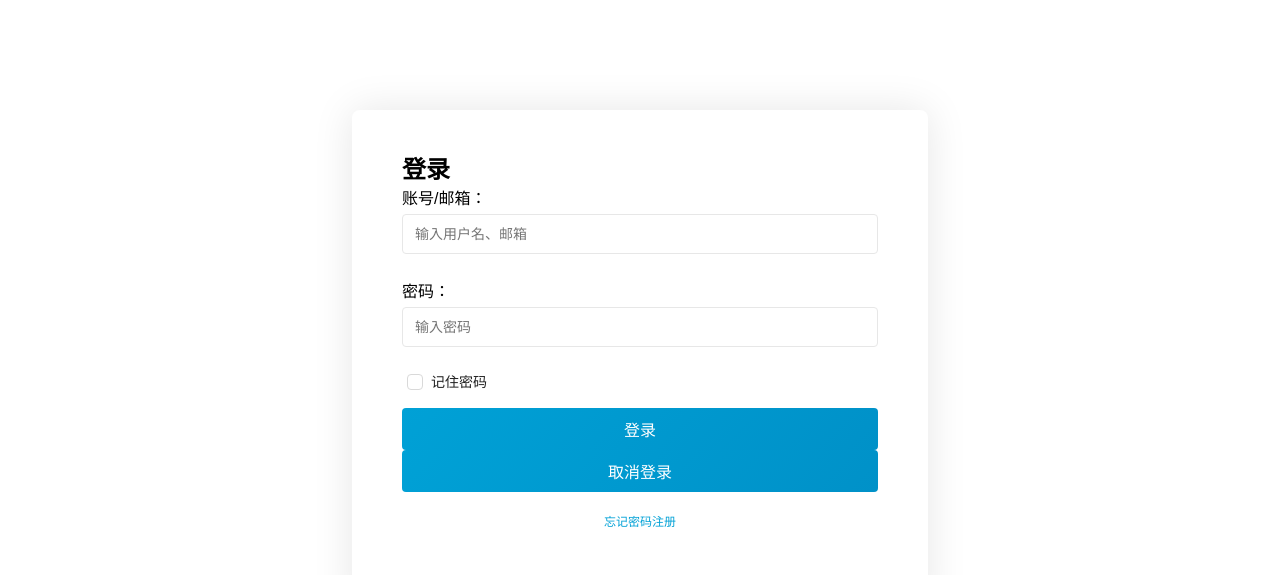
Repository: karicat996/-
Page: /login
These files come from the project's save history. The page is drawn as it stood at one moment and after the next save; the edit follows.
The browser window is 1280 px wide. The pictures show the whole page.
The project was rebuilt for these pictures with package versions that can differ from the ones it lists, and the page was loaded fresh each time. Also part of the build but not shown: vite.config.ts, src/index.css, src/pages/Calendar/CalendarPage.tsx, src/pages/Home/HomePage.tsx, src/pages/Plan/Plans.tsx, src/layouts/Layouts.tsx, src/pages/TestDemo/index.tsx, src/pages/404.tsx.

Above is the page before, as saved 2025-03-12 22:20:13.

### src/main.tsx
import { StrictMode } from 'react'
import { createRoot } from 'react-dom/client'
import './index.css'
import MainRouter from './routes/MainRouter'

createRoot(document.getElementById('root')!).render(

  <StrictMode>
    <MainRouter/>
  </StrictMode>,

)

### src/routes/MainRouter.tsx
// 主要路由文件
import { BrowserRouter, Route, Routes,Link} from "react-router-dom";
import { Home } from "../pages/Home/HomePage";
import { Layouts }  from "../layouts/Layouts";
import  TestDemo  from "../pages/TestDemo";
import { NotFound } from "../pages/404";
import LoginPage from './../pages/User/Login';


const MainRouter: React.FC = () => {
  return (
    <BrowserRouter>
    <Routes>
        <Route path="/" element={<Layouts />} />
        <Route path="/index" element={<Home />} />
        <Route path="*" element={<NotFound />} />
        <Route path="/test" element={<TestDemo />} />
        <Route path="/login" element={<LoginPage />} />
    </Routes>
    </BrowserRouter>
  )
}


export default MainRouter

### src/pages/User/Login.tsx
import react from 'react';
import {useState,useEffect} from 'react';
import  './Login.less';
import { AppstoreOutlined } from '@ant-design/icons';
import { Checkbox } from 'antd';
import type { CheckboxProps } from 'antd';



interface LoginPageProps {
    account: string,
    email: string,
    password: string
}




const LoginPage: React.FC<LoginPageProps> = () => {

    const [account, setAccount] = useState<string>();
    const [email, setEmail] = useState<string>();
    const [password,setPassword] = useState<string>();
    const [remember,setRemember] = useState<boolean>();
    const [error,setError] = useState<string>();
    const [loading,setLoading] = useState<boolean>();
    const [success,setSuccess] = useState<boolean>();
    const [errorMessage,setErrorMessage] = useState<string>();




    useEffect(()=>{

    },[]);


    //账号邮箱表单校验


    //登录请求
    const handleSumbit = async (event:React.MouseEvent<HTMLButtonElement>) =>{
        //登录请求
        try{
            const response = await fetch('/api/login',{
                method:'POST',
                headers:{
                    'Content-Type':'application/json'
                },
                body:JSON.stringify({
                    account,
                    password,
                    remember
                })


            });
            const data = await response.json();
            if (data.success)  {
                alert('登录成功');
                // 处理登录成功后的逻辑，如跳转页面
            } else {
                alert('登录失败: ' + data.message);
            };
        }catch(e){

        }finally{
            setLoading(false);
        }
    };
    //取消登录
    const handleCancel =(event:React.MouseEvent<HTMLButtonElement>) =>{

        console.log(event);
    };




    //忘记密码
    const handleForgetPassword =() =>{

        try{
            //忘记密码请求


        }catch(e){



        }finally{

        }

    };


    //注册
    const handleRegister =()=>{

    };

//记住密码
    const onChange: CheckboxProps['onChange'] = (e) => {
        console.log(`checked = ${e.target.checked}`);
      };



    return (
        <>
        <div className="Login-Container">
            <h2 className="text-login">登录</h2>
            <div className="inputGroup">
                <label>账号/邮箱：</label>
                 <input
                 type="text"
                 value={account}
                 onChange={(e)=>{setAccount(e.target.value)}}
                 placeholder="输入用户名、邮箱" />
            </div>
            <div className="inputGroup">
                <label>密码：</label>
                <input type="text"
                value={password}
                onChange={(e)=>{setPassword(e.target.value)}}
                placeholder="输入密码" />
            </div>
            <div className="radioGroup">
            <Checkbox onChange={onChange}>记住密码</Checkbox>
            </div>
            <div className="buttonGroup">
            <button onClick={handleSumbit}>登录</button>
            <button onClick={handleCancel} value="rememberInput">取消登录</button>
            </div>
            <div className='linkGroup'>
                <a href="#" onClick={handleForgetPassword}>忘记密码</a>
                <a href="#" onClick={handleRegister}>注册</a>
            </div>


        </div>
    </>
    )
}



export default LoginPage;

### src/pages/Home/HomePage.less
*{
    box-sizing: border-box;
    margin:0;
    padding:0;
}

body{
    font-family: Arail, sans-serif;
}

.container {
    width: 100%;
    height: 135vh;
    overflow: hidden;

}

.header-container{
    width: 100%;
    height: 7%;
    margin-bottom: 1%;
    flex-wrap: wrap;
    background-color: #5ece5e;
    color: rgba(255, 255, 255, 0.514);
    padding: 10px 0;
}

.core-container{
    display: flex;
    width: 100%;
    height: 60%;

}


.left-container{
    float: left;
    background-color: white;
    border: 1px solid rgba(128, 128, 128, 0.5);
    border-radius: 10px 10px 10px 10px;
    width: 22%;
    height: 100%;

}

.middle-container{
    display: flex;
    flex-direction: column;
    background-color: white;
    border-radius: 10px 10px 10px 10px;
    border: 1px solid rgba(128, 128, 128, 0.5);
    width: 52%;
    height: 100%;
    margin-left: 2%;
    margin-right: 2%;

}

.middle-on-container {
    flex: 0 0 32%; /* 占据可用空间 */
    background-color: #4625253b;
    border-radius: 10px 10px 0 0;
    width: 100%;
    margin-bottom: 10px;
    margin-bottom: 10px; /* 下方间距 */
    flex-shrink: 1;

}

.middle-under-container {
    display: flex;
    flex-direction: column;
    flex: 1; /* 占据可用空间 */
    width: 100%;
    flex-basis: 250px;
    background-color: white;
    margin-top: 5px;
    margin-bottom: 10px;
    overflow: hidden;
    flex-shrink: 1;
}

.right-container {
    float: right;
    background-color: white;
    border-radius: 10px 10px 10px 10px;
    border: 1px solid rgba(104, 94, 94, 0.5);
    width: 22%;
    height: 100%;

}

.footer-container{
    width: 100%;
    height: 5%;
    flex-wrap: wrap;
    background-color: #767a76;
    color: rgba(255, 255, 255, 0.514);
    padding: 10px 0;
}

### src/layouts/TopNav/TopNav.tsx
import React, {useState} from  "react";
import { AppstoreOutlined, MailOutlined, SettingOutlined } from '@ant-design/icons';
import type { MenuProps } from 'antd';
import { Menu } from 'antd';


type MenuItem = Required<MenuProps>['items'][number];


const items: MenuItem[] = [
    {
      label: 'Navigation One',
      key: 'mail',
      icon: <MailOutlined />,
    },
    {
      label: 'Navigation Two',
      key: 'app',
      icon: <AppstoreOutlined />,
      disabled: true,
    },
    {
      label: 'Navigation Three - Submenu',
      key: 'SubMenu',
      icon: <SettingOutlined />,
      children: [
        {
          type: 'group',
          label: 'Item 1',
          children: [
            { label: 'Option 1', key: 'setting:1' },
            { label: 'Option 2', key: 'setting:2' },
          ],
        },
        {
          type: 'group',
          label: 'Item 2',
          children: [
            { label: 'Option 3', key: 'setting:3' },
            { label: 'Option 4', key: 'setting:4' },
          ],
        },
      ],
    },
    {
      key: 'alipay',
      label: (
        <a href="https://ant.design" target="_blank" rel="noopener noreferrer">
          Navigation Four - Link
        </a>
      ),
    },
  ];
export const TopNav = () => {
    const [current, setCurrent] = useState('mail');

    const onClick: MenuProps['onClick'] = (e) => {
        console.log('click ', e);
        setCurrent(e.key);
      };

    return (
        <Menu onClick={onClick} selectedKeys={[current]} mode="horizontal" items={items} />
    )
}

export default TopNav;

### src/layouts/SideNav/SideNav.tsx
import React, {useState} from "react"
import { AppstoreOutlined,HomeOutlined, SettingOutlined } from '@ant-design/icons';
import type { MenuProps, MenuTheme } from 'antd';
import { Menu, Switch } from 'antd';
import { useNavigate } from 'react-router-dom';



type MenuItem = (Required<MenuProps>['items'][number]& { route?: string });

const items: MenuItem[] = [
  {
    key: 'sub1',
    label: '欢迎来到我的网站',
    icon: <HomeOutlined />,
    children: [
      { key: '1', label: 'Plan', route: '/plan' } as MenuItem//明确指定类型

    ],
  },

];


export const SideNav = () => {

  const [theme, setTheme] = useState<MenuTheme>('dark');
  const [current, setCurrent] = useState('1');
  const navigate = useNavigate();
  const changeTheme = (value: boolean) => {
    setTheme(value ? 'dark' : 'light');
  };

  const onClick: MenuProps['onClick'] = (e) => {
    console.log('click ', e);
    setCurrent(e.key);
  };



  return (
    <>
    <Switch
      checked={theme === 'dark'}
      onChange={changeTheme}
      checkedChildren="Dark"
      unCheckedChildren="Light"
    />
    <br />
    <br />
    <Menu
      theme={theme}
      onClick={onClick}
      style={{ width: 256 }}
      defaultOpenKeys={['sub1']}
      selectedKeys={[current]}
      mode="inline"
      items={items}
    />
  </>
  )
}

export default SideNav;

### src/pages/User/Login.less
 #root {
  width: 45%;
   min-height: 500px;
   background: #fff;
   border-radius: 8px;
   box-shadow: 0 0 40px rgba(0,0,0,0.1);
   padding: 40px 50px;


   position: fixed;
   top: 50%;
   left: 50%;
   transform: translate(-50%, -50%);


}



.container {


  }

  .inputGroup {
    margin-bottom: 24px;

    label {
      display: block;
      margin-bottom: 5px;
    }

    input {
      width: 100%;
      height: 40px;
      border: 1px solid #e7e7e7;   // 浅灰色边框
      border-radius: 4px;
      padding: 0 12px;
      font-size: 14px;
      transition: border-color 0.3s;

      &:focus {
        border-color: #00a1d6;     // B 站主题色
        outline: none;             // 移除默认聚焦轮廓
      }
    }
  }

  .radioGroup {
    margin-bottom: 15px;

    label {
      margin-left: 5px;
    }
  }

  .buttonGroup {


    button {
      width: 100%;
      height: 42px;
      background: linear-gradient(135deg, #00a1d6, #0091c8); // B 站渐变蓝
      border: none;
      border-radius: 4px;
      color: #fff;
      font-size: 16px;
      cursor: pointer;
      transition: opacity 0.3s;

      &:hover {
        opacity: 0.9;                // 悬停透明效果
      }
    }
  }

  .linkGroup {
  margin-top: 20px;
  text-align: center;
  font-size: 12px;

  a {
    color: #00a1d6;             // 与主题色统一
    text-decoration: none;

    &:hover {
      text-decoration: underline;
    }
  }
  }

Loaded but not shown: index.html (common file); src/index.css (no copy from this time; the picture is the same without it)

After the next save:
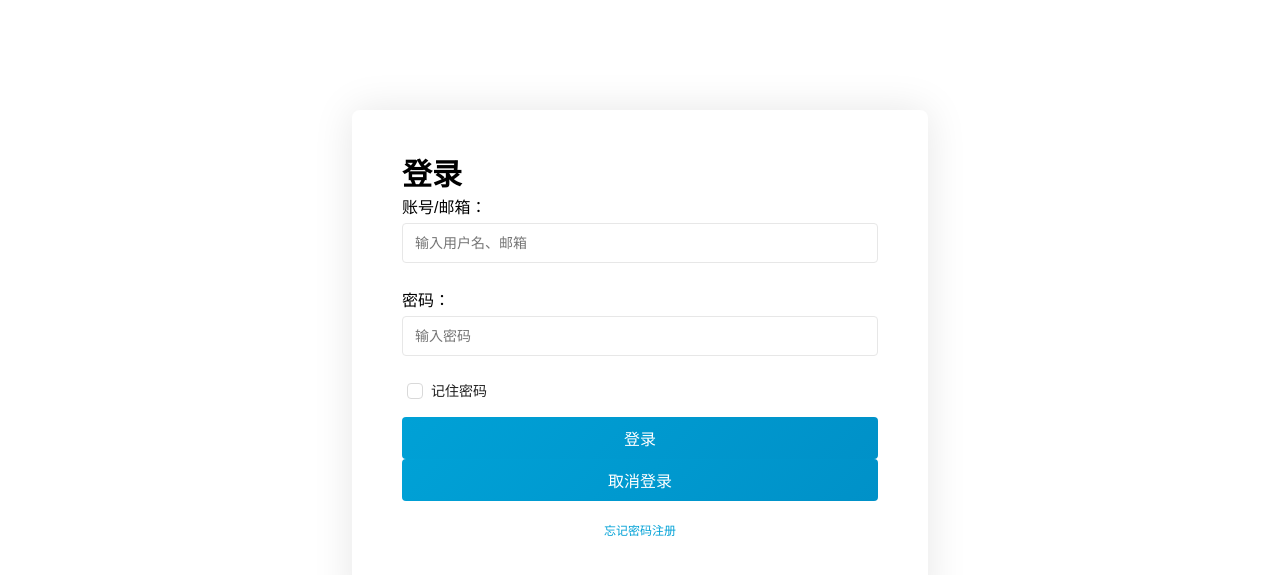
Saved 14 s later.
--- a/src/pages/User/Login.less
+++ b/src/pages/User/Login.less
@@ -17,9 +17,13 @@
 
 
 
-.container {
+  .container {
+
+    }
 
 
+  .text-login{
+    font-size: 30px;
   }
 
   .inputGroup {

After the save that followed:
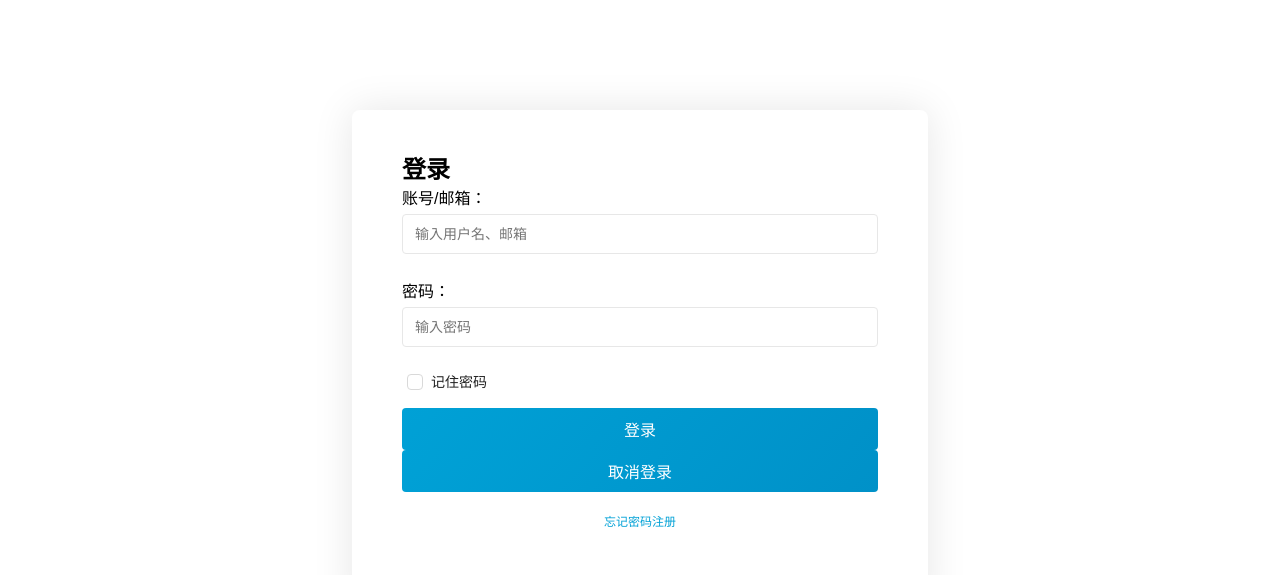
Saved 69 s later.
--- a/src/pages/User/Login.less
+++ b/src/pages/User/Login.less
@@ -18,12 +18,13 @@
 
 
   .container {
+    box-shadow: inset 0 0 0 1px black;
 
     }
 
 
   .text-login{
-    font-size: 30px;
+
   }
 
   .inputGroup {
